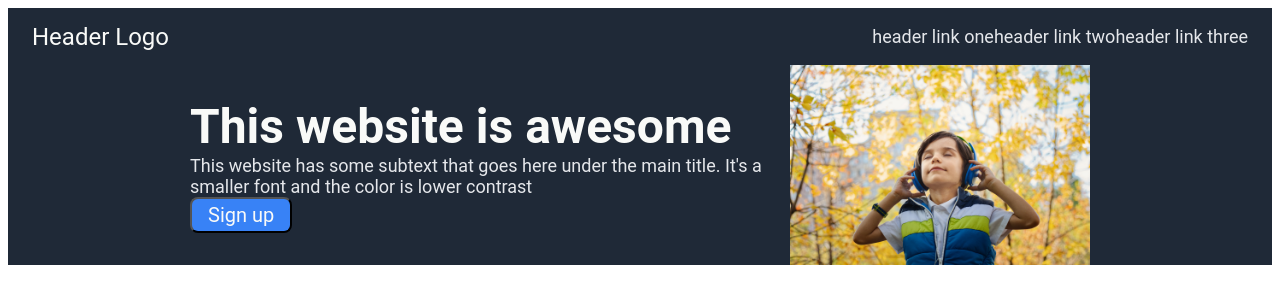
Repository: z1youRA/FirstWebsite
Page: index.html
These files come from the project's save history. The page is drawn as it stood at one moment and after the next save; the edit follows.
The browser window is 1280 px wide. The pictures show the whole page.

Above is the page before, as saved 2021-11-25 17:19:23.

### index.html
<!DOCTYPE html>
<html lang="en">
<head>
    <meta charset="UTF-8">
    <meta http-equiv="X-UA-Compatible" content="IE=edge">
    <meta name="viewport" content="width=device-width, initial-scale=1.0">
    <title>The Odin Project</title>
    <link rel="stylesheet" href="styles.css">
</head>
<body>
    <div class="hero">
        <div class="header">
            <div class="logo">Header Logo</div>
                <ul class="right-links">
                    <li><a href="google.com">header link one</a></li>
                    <li><a href="google.com">header link two</a></li>
                    <li><a href="google.com">header link three</a></li>
                </ul>
        </div>
        <div class="container">
            <div class="text">
                <div class="main">This website is awesome</div>
                <div class="secondary">This website has some subtext that goes here under the main title. It's a smaller font and the color is lower contrast</div>
                <button>Sign up</button>
            </div>
            <img src="images/hero.jpg">
        </div>
    </div>

</body>
</html>

### styles.css
* {
    font-family:roboto, 'Gill Sans', 'Gill Sans MT', Calibri, 'Trebuchet MS', sans-serif;
}

.hero {
    background-color: #1f2937;
    display: flex;
    flex-direction: column;
}

.header {
    display: flex;
    align-items: center;
    justify-content: space-between;
    padding: 0 24px 0;
}

.container {
    display: flex;
    align-items: center;
    justify-content: center;
}

button {
    background-color: #3882f6;
    color: #F9FAF8;
    border-radius: 8px;
    font-size: 20px;
    padding: 4px 16px;
}

.text {
    max-width: 600px;
    flex-wrap: wrap;
}


.right-links {
    display: flex;
    flex-direction: row;
}

.hero img {
    max-height: 200px;
}

.header .logo {
    font-size: 24px;
    color: #F9FAF8;
}

.header .right-links {
    font-size: 18px;
    color: #e5e7eb;
}

.hero .main {
    font-size: 48px;
    font-weight:bolder;
    color: #F9FAF8;
}

.hero .secondary {
    font-size: 18px;
    color: #e5e7eb;
}

ul {
    list-style-type: none;
}

.header a {
    text-decoration: none;
    color: #e5e7eb;
}

After the next save:
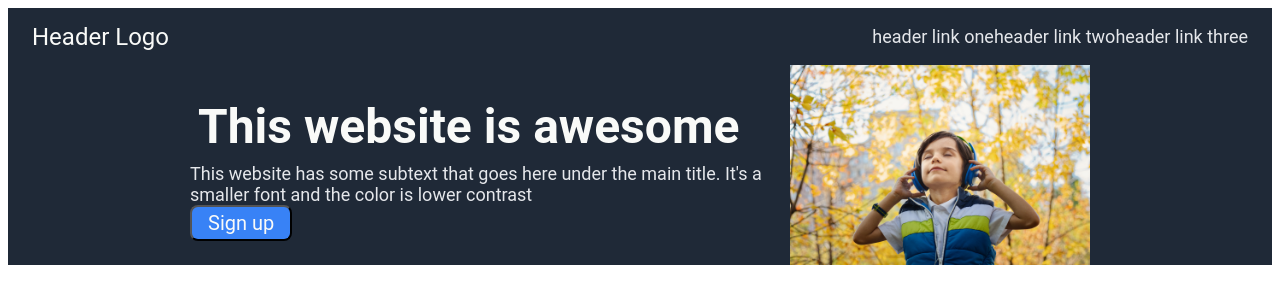
Saved 37 s later.
--- a/styles.css
+++ b/styles.css
@@ -58,6 +58,7 @@ button {
     font-size: 48px;
     font-weight:bolder;
     color: #F9FAF8;
+    margin: 8px;
 }
 
 .hero .secondary {
